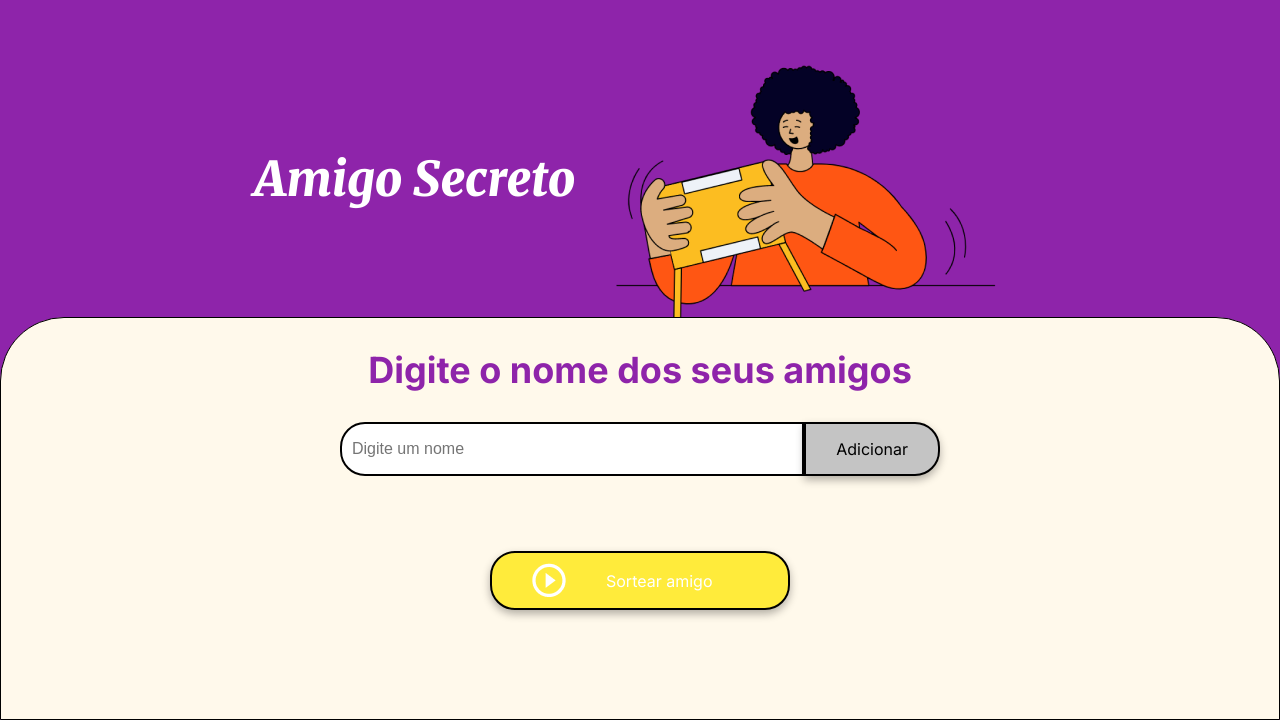
Repository: phsmottanerd/Projeto-amigosecreto
Page: challenge-amigo-secreto_pt-main/index.html
These files come from the project's save history. The page is drawn as it stood at one moment and after the next save; the edit follows.
The browser window is 1280 px wide. The pictures show the whole page.

Above is the page before, as saved 2025-02-12 02:17:01.

### challenge-amigo-secreto_pt-main/index.html
<!DOCTYPE html>
<html lang="pt-br">
<head>
    <meta charset="UTF-8">
    <meta name="viewport" content="width=device-width, initial-scale=1.0">
    <link rel="stylesheet" href="./style.css">
    <link rel="preconnect" href="https://fonts.googleapis.com">
    <link rel="preconnect" href="https://fonts.gstatic.com" crossorigin>
    <link href="https://fonts.googleapis.com/css2?family=Inter:wght@100;400;700;900&family=Merriweather:ital,wght@0,300;0,400;0,700;0,900;1,300;1,400;1,700;1,900&display=swap" rel="stylesheet">
    <title>Amigo Secreto</title>
</head>

<body>
    <main class="main-content">
        <header class="header-banner">
            <h1 class="main-title">Amigo Secreto</h1>
            <img src="./assets/amigo-secreto.png" alt="Imagem representativa de amigo secreto">
        </header>

        <section class="input-section">
            <h2 class="section-title">Digite o nome dos seus amigos</h2>
            <div class="input-wrapper">
                <input type="text" id="amigo" class="input-name" placeholder="Digite um nome">
                <button class="button-add" onclick="adicionarAmigo()">Adicionar</button>
            </div>

            <ul id="listaAmigos" class="name-list" aria-labelledby="listaAmigos" role="list"></ul>
            <ul id="resultado" class="result-list" aria-live="polite"></ul>

            <div class="button-container">
                <button class="button-draw" onclick="sortearAmigo()" aria-label="Sortear amigo secreto">
                    <img src="./assets/play_circle_outline.png" alt="Ícone para sortear">
                    Sortear amigo
                </button>
            </div>
        </section>
    </main>

    <script src="./app.js" defer></script>
</body>
</html>

### challenge-amigo-secreto_pt-main/style.css
:root {
    --color-primary: #8E24AA;
    --color-secondary: #FFF9EB;
    --color-tertiary: #C4C4C4;
    --color-button: #FFEB3B;
    --color-button-hover: #FFEB3B;
    --color-text:  #000;
    --color-white: #FFFFFF;
}

/* Estilos gerais */
* {
    margin: 0;
    padding: 0;
    box-sizing: border-box;
}

body {
    height: 100vh;
    background-color: var(--color-primary);
    display: flex;
    justify-content: center;
    align-items: center;
}

.main-content {
    display: flex;
    flex-direction: column;
    height: 100%;
    width: 100%;
}

/* Banner */
.header-banner {
    flex: 40%;
    display: flex;
    justify-content: center;
    align-items: center;
    padding: 40px 0 0;
}

/* Seção de entrada */
.input-section {
    flex: 60%;
    background-color: var(--color-secondary);
    border: 1px solid #000;
    border-radius: 64px 64px 0 0;
    display: flex;
    flex-direction: column;
    align-items: center;
    padding: 20px;
    width: 100%;
}

/* Títulos */
.main-title {
    font-size: 48px;
    font-family: "Merriweather", serif;
    font-weight: 900;
    font-style: italic;
    color: var(--color-white);
}

.section-title {
    font-family: "Inter", serif;
    font-size: 36px;
    font-weight: 700;
    color: var(--color-primary);
    margin: 10px 0;
    text-align: center;
}

/* Contêineres de entrada e botão */
.input-wrapper {
    display: flex;
    justify-content: center;
    width: 100%;
    max-width: 600px;
    margin-top: 20px;
}

.input-name {
    width: 100%;
    padding: 10px;
    border: 2px solid #000;
    border-radius: 25px 0 0 25px;
    font-size: 16px;
}

.button-container {
    width: 300px;
    justify-content: center;
}

/* Estilos de entrada de texto */
.input-title {
    flex: 1;
    padding: 10px 15px;
    font-size: 16px;
    border: 2px solid #333;
    border-right: none;
    border-radius: 25px 0 0 25px;
    font-family: "Merriweather", serif;
    box-shadow: 0 4px 8px rgba(0, 0, 0, 0.3);
}

/* Estilos de botão */
button {
    padding: 15px 30px;
    font-family: "Inter", sans-serif;
    font-size: 16px;
    border: 2px solid #000;
    border-radius: 25px;
    box-shadow: 0 4px 8px rgba(0, 0, 0, 0.3);
    cursor: pointer;
}

.button-add {
    background-color: var(--color-tertiary);
    color: var(--color-text);
    border-radius: 0 25px 25px 0;
}

.button-add:hover {
    background-color: #a1a1a1;
}

/* Listas */
ul {
    list-style-type: none;
    color: var(--color-text);
    font-family: "Inter", sans-serif;
    font-size: 18px;
    margin: 20px 0;
}

.result-list {
    margin-top: 15px;
    color: #05DF05;
    font-size: 22px;
    font-weight: bold;
    text-align: center;
}

/* Botão de sortear título */
.button-draw {
    display: flex;
    align-items: center;
    width: 100%;
    padding: 10px 40px;
    color: var(--color-white);
    background-color: var(--color-button);
    font-size: 16px;
}

.button-draw img {
    margin-right: 40px;
}

.button-draw:hover {
    background-color: var(--color-button-hover);
}

### challenge-amigo-secreto_pt-main/app.js
//O principal objetivo deste desafio é fortalecer suas habilidades em lógica de programação. Aqui você deverá desenvolver a lógica para resolver o problema.
let amigos = [];

function adicionarAmigo() {
    const nomeAmigo = document.getElementById('amigo').value.trim();

    if (nomeAmigo) {
        amigos.push(nomeAmigo);
        atualizarListaAmigos();
        document.getElementById('amigo').value = '';
    } else {
        alert('Por favor, insira um nome válido.');
    }
}

function atualizarListaAmigos() {
    const listaAmigos = document.getElementById('listaAmigos');
    listaAmigos.innerHTML = '';

    amigos.forEach((amigo) => {
        const item = document.createElement('li');
        item.textContent = amigo;
        listaAmigos.appendChild(item);
    });
}

function sortearAmigo() {
    if (amigos.length < 2) {
        alert('É necessário pelo menos dois amigos para sortear.');
        return;
    }

    let amigosSorteados = [...amigos];
    let resultados = [];

    while (amigosSorteados.length > 0) {
        const amigoSorteado = amigosSorteados.splice(Math.floor(Math.random() * amigosSorteados.length), 1)[0];
        const amigoParaSortear = amigosSorteados.splice(Math.floor(Math.random() * amigosSorteados.length), 1)[0];

        resultados.push(`${amigoSorteado} -> ${amigoParaSortear}`);
    }

    exibirResultados(resultados);
}

function exibirResultados(resultados) {
    const resultadoElement = document.getElementById('resultado');
    resultadoElement.innerHTML = '';

    resultados.forEach(result => {
        const item = document.createElement('li');
        item.textContent = result;
        resultadoElement.appendChild(item);
    });
}

After the next save:
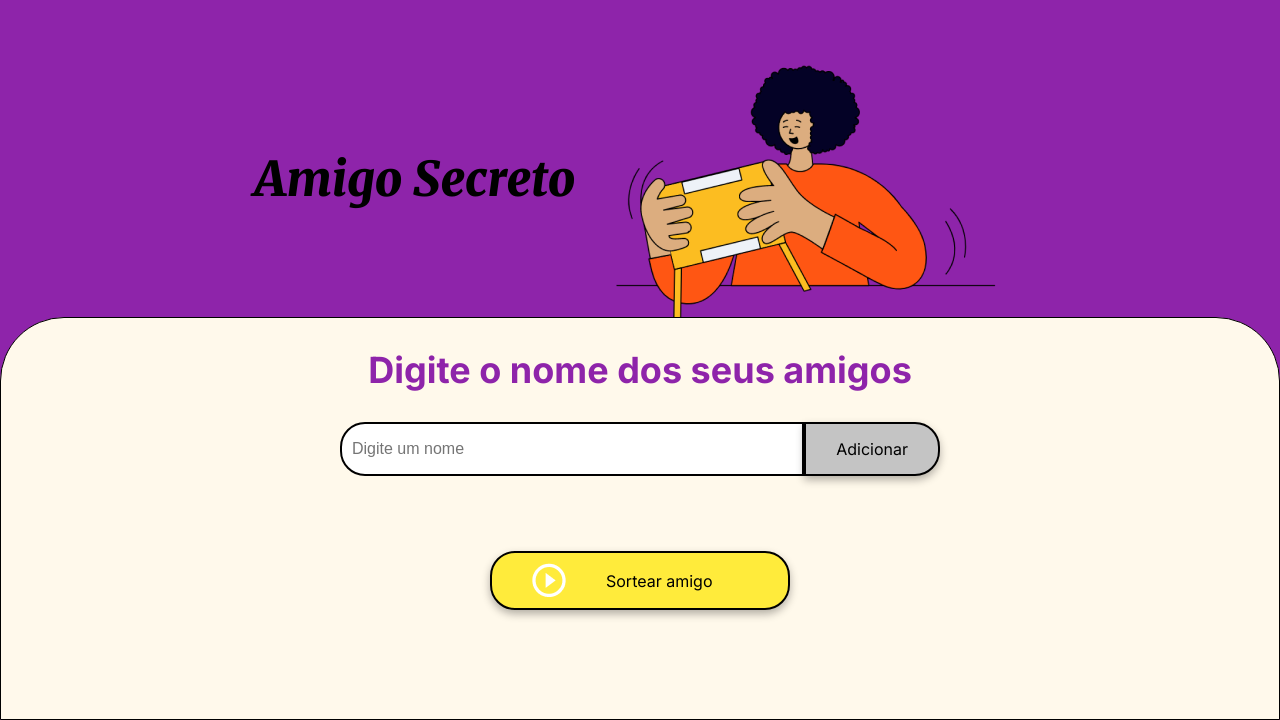
Saved 21 s later.
--- a/challenge-amigo-secreto_pt-main/style.css
+++ b/challenge-amigo-secreto_pt-main/style.css
@@ -5,7 +5,7 @@
     --color-button: #FFEB3B;
     --color-button-hover: #FFEB3B;
     --color-text:  #000;
-    --color-white: #FFFFFF;
+    --color-white: #000;
 }
 
 /* Estilos gerais */
